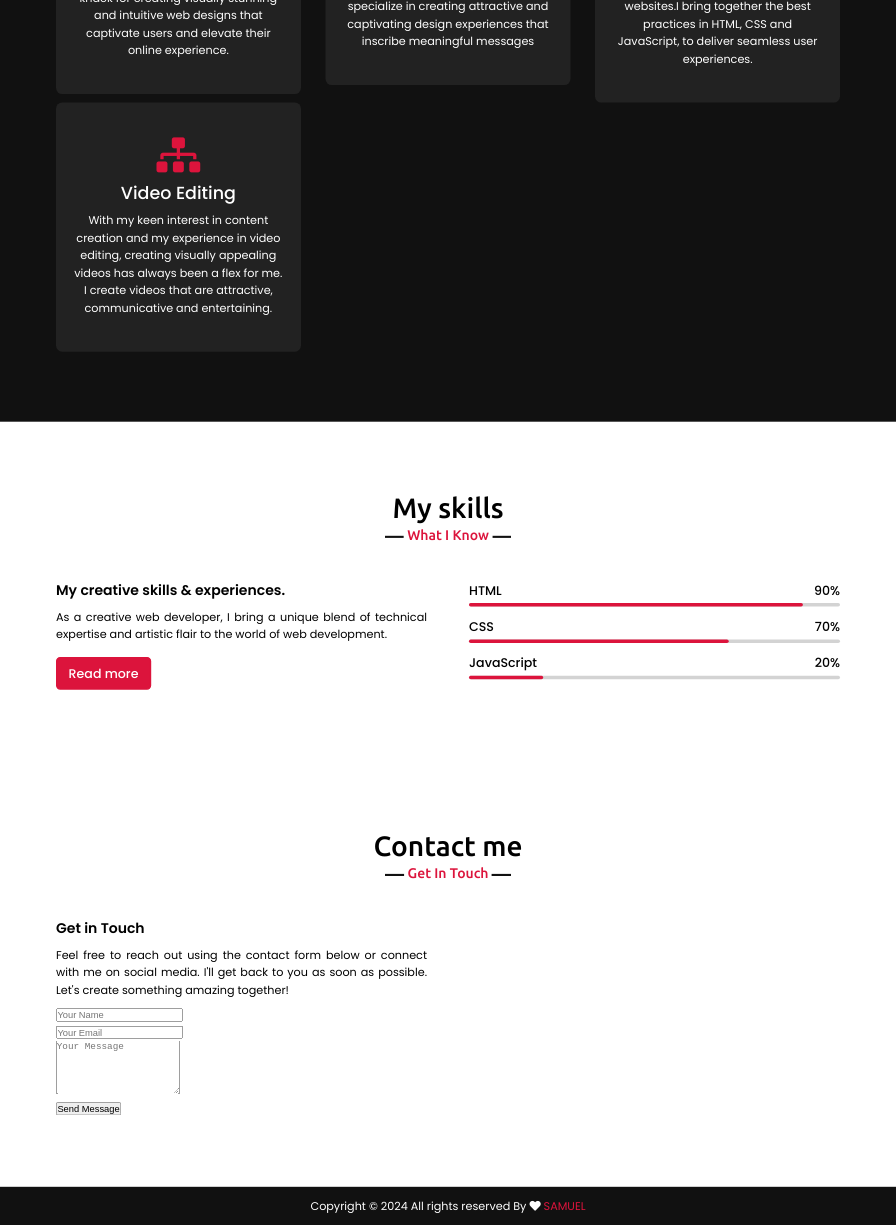
Repository: thedigitalwhizzy/JHF
Page: index.html
The author's editor kept a copy of each file at every save. The page is drawn from the files as they stood at one save, then again after a run of saves.
The browser window is 1280 px wide. The pictures show the part of the page from y = 1938 to 3858 px (the page is 3689 px tall before and 3858 px after), at 70% of full size.
Backgrounds fixed to the window are drawn as part of the page.

Above is the page before, as saved 2024-06-22 15:16:07.

### index.html
<!DOCTYPE html>
<html lang="en">

<head>
  <meta charset="UTF-8">
  <title>Samuel | Portfolio</title>
  <link rel="stylesheet" href="style.css">
  <link rel="stylesheet" href="https://cdnjs.cloudflare.com/ajax/libs/font-awesome/5.15.3/css/all.min.css" />
  <script src="https://code.jquery.com/jquery-3.5.1.min.js"></script>
  <script src="https://cdnjs.cloudflare.com/ajax/libs/typed.js/2.0.11/typed.min.js"></script>
  <script src="https://cdnjs.cloudflare.com/ajax/libs/waypoints/4.0.1/jquery.waypoints.min.js"></script>
  <script src="https://cdnjs.cloudflare.com/ajax/libs/OwlCarousel2/2.3.4/owl.carousel.min.js"></script>
  <link rel="stylesheet" href="https://cdnjs.cloudflare.com/ajax/libs/OwlCarousel2/2.3.4/assets/owl.carousel.min.css" />
  <meta name="title" content="Samuel - Web Developer, Graphics designer, Freelancer, Content creator, Video editor, Photo editor" />
  <meta name="description" content="Samuel - Web Developer, Graphics designer, Freelancer, Content creator, Video editor, Photo editor" />
  <meta name="charset" content="UTF-8" />
  <meta name="viewport" content="width=device-width, initial-scale=1, minimum-scale=1, maximum-scale=1" />
  <meta name="robots" content="index, follow" />
  <meta name="googlebot" content="index, follow" />
  <meta name="revisit-after" content="1 days" />
  <meta http-equiv="X-UA-Compatible" content="IE=edge,chrome=1" />
  <meta http-equiv="Content-Language" content="en" />
  <meta property="og:title" content="Samuel - Web Developer, Graphics designer, Freelancer, Content creator, Video editor, Photo editor">
  <meta property="og:description" content="Samuel - Web Developer, Graphics designer, Freelancer, Content creator, Video editor, Photo editor">
  <meta property="og:locale" content="en_US">
  <meta property="og:type" content="website">
  <meta property="og:site_name" content="Samuel">
  <meta property="og:url" content="">
  <meta itemprop="image" content="rajuan.png">
  <meta property="og:image" content="rajuan.png">
  <meta property="og:image:secure_url" content="rajuan.png">
  <meta property="og:image:width" content="650">
  <meta property="og:image:height" content="350">
  <meta property="twitter:title" content="Samuel - Web Developer, Graphics designer, Freelancer, Content creator, Video editor, Photo editor">
  <meta property="twitter:description" content="Samuel - Web Developer, Graphics designer, Freelancer, Content creator, Video editor, Photo editor">
  <meta property="twitter:url" content="">
  <meta property="twitter:card" content="summary">
  <meta name="apple-mobile-web-app-status-bar" content="#202125">
  <link rel="canonical" href="">
  <link rel="alternate" hreflang="en" href="">
  <link rel="icon" href="icon.png" type="image/x-icon">
  <link rel="dns-prefetch" href="https://cdnjs.cloudflare.com/">
  <meta name="apple-mobile-web-app-status-bar" content="#202125">
</head>

<body>
  <div class="scroll-up-btn">
    <i class="fas fa-angle-up"></i>
  </div>
  <nav class="navbar">
    <div class="max-width">
      <div class="logo"><a href="https://instagram.com/izzy.blaize?igshid=OGY3MTU3OGY1Mw==">Sam<span>uel.</span></a></div>
        <div class="menu-btn">
        <i class="fas fa-bars"></i>
      </div>
    </div>
  </nav>

<body>


  <section class="home" id="home">
    <div class="max-width">
      <div class="home-content">
        <div class="text-1">Hello, My name is</div>
        <div class="text-2">Samuel</div>
        <div class="text-3">And I'm a web designer <span class="typing"></span></div>
        <a href="https://wa.link/4fl7y6">Hire me</a>
      </div>
    </div>
  </section>
  <section class="about" id="about">
    <div class="max-width">
      <h2 class="title">About me</h2>
      <div class="about-content">
        <div class="column left">
          <img src="rajuan.png">
        </div>
        <div class="column right">
          <div class="text">I'm Samuel and I'm a<span class="typing-2"></span></div>
          <p>Passionate programmer and web developer with expertise in front-end development. With a strong eye for design and a commitment to creating seamless user experiences, I specialize in crafting visually appealing appealing websites. Let's bring your ideas to life together!</p>
          <a href="read-more.html">Read More</a>
        </div>
      </div>
    </div>
  </section>
  <section class="services" id="services">
    <div class="max-width">
      <h2 class="title">My services</h2>
      <div class="serv-content">
        <div class="card">
          <div class="box">
            <i class="fas fa-paint-brush"></i>
            <div class="text">Web Design</div>
            <p>With a keen eye for aesthetics and a deep understanding of user-centered design principles, I have a knack for creating visually stunning and intuitive web designs that captivate users and elevate their online experience.</p>
          </div>
        </div>
        <div class="card">
          <div class="box">
            <i class="fas fa-gamepad"></i>
            <div class="text">Graphics Design</div>
            <p>Drawing from my passion for graphics and extensive knowledge of graphics design principles, I specialize in creating attractive and captivating design experiences that inscribe meaningful messages</p>
          </div>
        </div>
        <div class="card">
          <div class="box">
            <i class="fas fa-code"></i>
            <div class="text">Web Development</div>
            <p>With a solid foundation in web development technologies and a knack for problem-solving, I excel in crafting responsive and feature-rich websites.I bring together the best practices in HTML, CSS and JavaScript, to deliver seamless user experiences.</p>
          </div>
        </div>
        <div class="card">
          <div class="box">
            <i class="fas fa-sitemap"></i>
            <div class="text">Video Editing</div>
            <p>With my keen interest in content creation and my experience in video editing, creating visually appealing videos has always been a flex for me. I create videos that are attractive, communicative and entertaining.</p>
          </div>
        </div>
      </div>
    </div>
    </div>
  </section>
  <!-- skills section start -->
  <section class="skills" id="skills">
    <div class="max-width">
      <h2 class="title">My skills</h2>
      <div class="skills-content">
        <div class="column left">
          <div class="text">My creative skills & experiences.</div>
          <p>As a creative web developer, I bring a unique blend of technical expertise and artistic flair to the world of web development.</p>
          <a href="skills.html">Read more</a>
        </div>
        <div class="column right">
          <div class="bars">
            <div class="info">
              <span>HTML</span>
              <span>90%</span>
            </div>
            <div class="line html"></div>
          </div>
          <div class="bars">
            <div class="info">
              <span>CSS</span>
              <span>70%</span>
            </div>
            <div class="line css"></div>
          </div>
          <div class="bars">
            <div class="info">
              <span>JavaScript</span>
              <span>20%</span>
            </div>
            <div class="line js"></div>
          </div>
        </div>
      </div>
    </div>
  </section>
  <!-- contactform -->
  <section class="contact" id="contact">
    <div class="max-width">
      <h2 class="title">Contact me</h2>
      <div class="contact-content">
        <div class="column left">
          <div class="text">Get in Touch</div>
          <p>Feel free to reach out using the contact form below or connect with me on social media. I'll get back to you as soon as possible. Let's create something amazing together!</p>
          <div class="icons">
            </div>

          <form action="submit-form.php" method="post" class="contact-form">
            <div class="form-field">
              <input type="text" name="name" id="name" placeholder="Your Name" required>
            </div>
            <div class="form-field">
              <input type="email" name="email" id="email" placeholder="Your Email" required>
            </div>
            <div class="form-field">
              <textarea name="message" id="message" placeholder="Your Message" rows="5" required></textarea>
            </div>
            <div class="form-field">
              <button type="submit">Send Message</button>
            </div>
          </form>
        </div>

        <div class="column right">
          </div>
      </div>
    </div>
  </section>

  <footer>
    <span>Copyright © <script>
        document.write(new Date().getFullYear());
      </script> All rights reserved By <i class="fa fa-heart"></i> <a href="https://www.facebook.com/profile.php?id=61552224441534&mibextid=9idTr45qYp7jtedz">SAMUEL</a></p>
  </footer>
  <script src="script.js"></script>
  <script
  type="text/javascript"
  src="https://cdn.jsdelivr.net/npm/@emailjs/browser@4/dist/email.min.js">
</script>

</body>

</html>

### style.css
@import url('https://fonts.googleapis.com/css2?family=Poppins:wght@400;500;600;700&family=Ubuntu:wght@400;500;700&display=swap');

* {
  margin: 0;
  padding: 0;
  box-sizing: border-box;
  text-decoration: none;
}

.card {
  color: #fff;
}

html {
  scroll-behavior: smooth;
}

/* custom scroll bar */
::-webkit-scrollbar {
  width: 10px;
}

::-webkit-scrollbar-track {
  background: #f1f1f1;
}

::-webkit-scrollbar-thumb {
  background: #888;
}

::-webkit-scrollbar-thumb:hover {
  background: #555;
}

/* all similar content styling codes */
section {
  padding: 100px 0;
}

.max-width {
  max-width: 1300px;
  padding: 0 80px;
  margin: auto;
}

.about,
.services,
.skills,
.teams,
.contact,
footer {
  font-family: 'Poppins', sans-serif;
}

.about .about-content,
.services .serv-content,
.skills .skills-content,
.contact .contact-content {
  display: flex;
  flex-wrap: wrap;
  align-items: center;
  justify-content: space-between;
}

section .title {
  position: relative;
  text-align: center;
  font-size: 40px;
  font-weight: 500;
  margin-bottom: 60px;
  padding-bottom: 20px;
  font-family: 'Ubuntu', sans-serif;
}

section .title::before {
  content: "";
  position: absolute;
  bottom: 0px;
  left: 50%;
  width: 180px;
  height: 3px;
  background: #111;
  transform: translateX(-50%);
}

section .title::after {
  position: absolute;
  bottom: -8px;
  left: 50%;
  font-size: 20px;
  color: crimson;
  padding: 0 5px;
  background: #fff;
  transform: translateX(-50%);
}

/* navbar styling */
.navbar {
  position: fixed;
  width: 100%;
  z-index: 999;
  padding: 30px 0;
  font-family: 'Ubuntu', sans-serif;
  transition: all 0.3s ease;
}

.navbar.sticky {
  padding: 15px 0;
  background: crimson;
}

.navbar .max-width {
  display: flex;
  align-items: center;
  justify-content: space-between;
}

.navbar .logo a {
  color: #fff;
  font-size: 35px;
  font-weight: 600;
}

.navbar .logo a span {
  color: crimson;
  transition: all 0.3s ease;
}

.navbar.sticky .logo a span {
  color: #fff;
}

.navbar .menu li {
  list-style: none;
  display: inline-block;
}

.navbar .menu li a {
  display: block;
  color: #fff;
  font-size: 18px;
  font-weight: 500;
  margin-left: 25px;
  transition: color 0.3s ease;
}

.navbar .menu li a:hover {
  color: crimson;
}

.navbar.sticky .menu li a:hover {
  color: #fff;
}

/* menu btn styling */
.menu-btn {
  color: #fff;
  font-size: 23px;
  cursor: pointer;
  display: none;
}

.scroll-up-btn {
  position: fixed;
  height: 45px;
  width: 42px;
  background: crimson;
  right: 30px;
  bottom: 10px;
  text-align: center;
  line-height: 45px;
  color: #fff;
  z-index: 9999;
  font-size: 30px;
  border-radius: 6px;
  border-bottom-width: 2px;
  cursor: pointer;
  opacity: 0;
  pointer-events: none;
  transition: all 0.3s ease;
}

.scroll-up-btn.show {
  bottom: 30px;
  opacity: 1;
  pointer-events: auto;
}

.scroll-up-btn:hover {
  filter: brightness(100%);
}


/* home section styling */
.home {
  display: flex;
  background: url("banner.jpg") no-repeat center;
  height: 100vh;
  color: #fff;
  min-height: 500px;
  background-size: cover;
  background-attachment: fixed;
  font-family: 'Ubuntu', sans-serif;
}

.home .max-width {
  width: 100%;
  display: flex;
}

.home .max-width .row {
  margin-right: 0;
}

.home .home-content .text-1 {
  font-size: 27px;
}

.home .home-content .text-2 {
  font-size: 75px;
  font-weight: 600;
  margin-left: -3px;
}

.home .home-content .text-3 {
  font-size: 40px;
  margin: 5px 0;
}

.home .home-content .text-3 span {
  color: crimson;
  font-weight: 500;
}

.home .home-content a {
  display: inline-block;
  background: crimson;
  color: #fff;
  font-size: 25px;
  padding: 12px 36px;
  margin-top: 20px;
  font-weight: 400;
  border-radius: 6px;
  border: 2px solid crimson;
  transition: all 0.3s ease;
}

.home .home-content a:hover {
  color: crimson;
  background: none;
}

/* about section styling */
.about .title::after {
  content: "Who Am I";
}

.about .about-content .left {
  width: 45%;
}

.about .about-content .left img {
  height: 400px;
  width: 400px;
  object-fit: cover;
  border-radius: 6px;
}

.about .about-content .right {
  width: 55%;
}

.about .about-content .right .text {
  font-size: 25px;
  font-weight: 600;
  margin-bottom: 10px;
}

.about .about-content .right .text span {
  color: crimson;
}

.about .about-content .right p {
  text-align: justify;
}

.about .about-content .right a {
  display: inline-block;
  background: crimson;
  color: #fff;
  font-size: 20px;
  font-weight: 500;
  padding: 10px 30px;
  margin-top: 20px;
  border-radius: 6px;
  border: 2px solid crimson;
  transition: all 0.3s ease;
}

.about .about-content .right a:hover {
  color: crimson;
  background: none;
}

/* services section styling */
.services,
.teams {
  color: #fff;
  background: #111;
}

.services .title::before,
.teams .title::before {
  background: #fff;
}

.services .title::after,
.teams .title::after {
  background: #111;
  content: "What I Provide";
}

.services .serv-content .card {
  width: calc(33% - 20px);
  background: #222;
  text-align: center;
  border-radius: 9px;
  padding: 50px 25px;
  cursor: pointer;
  transition: all 0.3s ease;
}

.services .serv-content .card:hover {
  background: crimson;
}

.services .serv-content .card .box {
  transition: all 0.3s ease;
}

.services .serv-content .card:hover .box {
  transform: scale(1.05);
}

.services .serv-content .card i {
  font-size: 50px;
  color: crimson;
  transition: color 0.3s ease;
}

.services .serv-content .card:hover i {
  color: #fff;
}

.services .serv-content .card .text {
  font-size: 25px;
  font-weight: 500;
  margin: 10px 0 7px 0;
}

/* skills section styling */

.skills .title::after {
  content: "What I Know";
}

.skills .skills-content .column {
  width: calc(50% - 30px);
}

.skills .skills-content .left .text {
  font-size: 20px;
  font-weight: 600;
  margin-bottom: 10px;
}

.skills .skills-content .left p {
  text-align: justify;
}

.skills .skills-content .left a {
  display: inline-block;
  background: crimson;
  color: #fff;
  font-size: 18px;
  font-weight: 500;
  padding: 8px 16px;
  margin-top: 20px;
  border-radius: 6px;
  border: 2px solid crimson;
  transition: all 0.3s ease;
}

.skills .skills-content .left a:hover {
  color: crimson;
  background: none;
}

.skills .skills-content .right .bars {
  margin-bottom: 15px;
}

.skills .skills-content .right .info {
  display: flex;
  margin-bottom: 5px;
  align-items: center;
  justify-content: space-between;
}

.skills .skills-content .right span {
  font-weight: 500;
  font-size: 18px;
}

.skills .skills-content .right .line {
  height: 5px;
  width: 100%;
  background: lightgrey;
  position: relative;
  border-radius: 20px;
}

.skills .skills-content .right .line::before {
  content: "";
  position: absolute;
  height: 100%;
  left: 0;
  top: 0;
  background: crimson;
}

.skills-content .right .html::before {
  width: 90%;
  border-radius: 20px;
}

.skills-content .right .css::before {
  width: 70%;
  border-radius: 20px;
}

.skills-content .right .js::before {
  width: 20%;
  border-radius: 20px;
}

.skills-content .right .php::before {
  width: 50%;
  border-radius: 20px;
}

.skills-content .right .mysql::before {
  width: 70%;
  border-radius: 20px;
}

.skills-content .right .python::before {
  width: 40%;
  border-radius: 20px;
}

.skills-content .right .java::before {
  width: 55%;
  border-radius: 20px;
}

/* teams section styling */
.teams .title::after {
  content: "Who With Me";
}

.teams .carousel .card {
  background: #222;
  border-radius: 6px;
  padding: 25px 35px;
  text-align: center;
  overflow: hidden;
  transition: all 0.3s ease;
}

.teams .carousel .card:hover {
  background: crimson;
}

.teams .carousel .card .box {
  display: flex;
  flex-direction: column;
  align-items: center;
  justify-content: center;
  transition: all 0.3s ease;
}

.teams .carousel .card:hover .box {
  transform: scale(1.05);
}

.teams .carousel .card .text {
  font-size: 25px;
  font-weight: 500;
  margin: 10px 0 7px 0;
}

.teams .carousel .card img {
  height: 150px;
  width: 150px;
  object-fit: cover;
  border-radius: 50%;
  border: 5px solid crimson;
  transition: all 0.3s ease;
}

.teams .carousel .card:hover img {
  border-color: #fff;
}

.owl-dots {
  text-align: center;
  margin-top: 20px;
}

.owl-dot {
  height: 13px;
  width: 13px;
  margin: 0 5px;
  outline: none !important;
  border-radius: 50%;
  border: 2px solid crimson !important;
  transition: all 0.3s ease;
}

.owl-dot.active {
  width: 35px;
  border-radius: 14px;
}

.owl-dot.active,
.owl-dot:hover {
  background: crimson !important;
}

/* contact section styling */
.contact .title::after {
  content: "Get In Touch";
}

.contact .contact-content .column {
  width: calc(50% - 30px);
}

.contact .contact-content .text {
  font-size: 20px;
  font-weight: 600;
  margin-bottom: 10px;
}

.contact .contact-content .left p {
  text-align: justify;
}

.contact .contact-content .left .icons {
  margin: 10px 0;
}

.contact .contact-content .row {
  display: flex;
  height: 65px;
  align-items: center;
}

.contact .contact-content .row .info {
  margin-left: 30px;
}

.contact .contact-content .row i {
  font-size: 25px;
  color: crimson;
}

.contact .contact-content .info .head {
  font-weight: 500;
}

.contact .contact-content .info .sub-title {
  color: #333;
}

.contact .right form .fields {
  display: flex;
}

.contact .right form .field,
.contact .right form .fields .field {
  height: 45px;
  width: 100%;
  margin-bottom: 15px;
}

.contact .right form .textarea {
  height: 80px;
  width: 100%;
}

.contact .right form .name {
  margin-right: 10px;
}

.contact .right form .field input,
.contact .right form .textarea textarea {
  height: 100%;
  width: 100%;
  border: 1px solid lightgrey;
  border-radius: 6px;
  outline: none;
  padding: 0 15px;
  font-size: 17px;
  font-family: 'Poppins', sans-serif;
  transition: all 0.3s ease;
}

.contact .right form .field input:focus,
.contact .right form .textarea textarea:focus {
  border-color: #b3b3b3;
}

.contact .right form .textarea textarea {
  padding-top: 10px;
  resize: none;
}

.contact .right form .button-area {
  display: flex;
  align-items: center;
}

.right form .button-area button {
  color: #fff;
  display: block;
  width: 160px !important;
  height: 45px;
  outline: none;
  font-size: 18px;
  font-weight: 500;
  border-radius: 6px;
  cursor: pointer;
  flex-wrap: nowrap;
  background: crimson;
  border: 2px solid crimson;
  transition: all 0.3s ease;
}

.right form .button-area button:hover {
  color: crimson;
  background: none;
}

/* footer section styling */
footer {
  background: #111;
  padding: 15px 23px;
  color: #fff;
  text-align: center;
}

footer span a {
  color: crimson;
  text-decoration: none;
}

footer span a:hover {
  text-decoration: underline;
}


/* responsive media query start */
@media (max-width: 1104px) {
  .about .about-content .left img {
    height: 350px;
    width: 350px;
  }
}

@media (max-width: 991px) {
  .max-width {
    padding: 0 50px;
  }
}

@media (max-width: 947px) {
  .menu-btn {
    display: block;
    z-index: 999;
  }

  .menu-btn i.active:before {
    content: "\f00d";
  }

  .navbar .menu {
    position: fixed;
    height: 100vh;
    width: 100%;
    left: -100%;
    top: 0;
    background: #111;
    text-align: center;
    padding-top: 80px;
    transition: all 0.3s ease;
  }

  .navbar .menu.active {
    left: 0;
  }

  .navbar .menu li {
    display: block;
  }

  .navbar .menu li a {
    display: inline-block;
    margin: 20px 0;
    font-size: 25px;
  }

  .home .home-content .text-2 {
    font-size: 70px;
  }

  .home .home-content .text-3 {
    font-size: 35px;
  }

  .home .home-content a {
    font-size: 23px;
    padding: 10px 30px;
  }

  .max-width {
    max-width: 930px;
  }

  .about .about-content .column {
    width: 100%;
  }

  .about .about-content .left {
    display: flex;
    justify-content: center;
    margin: 0 auto 60px;
  }

  .about .about-content .right {
    flex: 100%;
  }

  .services .serv-content .card {
    width: calc(50% - 10px);
    margin-bottom: 20px;
  }

  .skills .skills-content .column,
  .contact .contact-content .column {
    width: 100%;
    margin-bottom: 35px;
  }
}

@media (max-width: 690px) {
  .max-width {
    padding: 0 23px;
  }

  .home .home-content .text-2 {
    font-size: 60px;
  }

  .home .home-content .text-3 {
    font-size: 32px;
  }

  .home .home-content a {
    font-size: 20px;
  }

  .services .serv-content .card {
    width: 100%;
  }
}

.head {
  padding: 8px 0;
  font-weight: bold;
  letter-spacing: 1px;
}

.rm-ol li {
  padding: 5px 0;
}


@media (max-width: 500px) {
  .home .home-content .text-2 {
    font-size: 50px;
  }

  .home .home-content .text-3 {
    font-size: 27px;
  }

  .about .about-content .right .text,
  .skills .skills-content .left .text {
    font-size: 19px;
  }

  .contact .right form .fields {
    flex-direction: column;
  }

  .contact .right form .name,
  .contact .right form .email {
    margin: 0;
  }

  .right form .error-box {
    width: 150px;
  }

  .scroll-up-btn {
    right: 15px;
    bottom: 15px;
    height: 38px;
    width: 35px;
    font-size: 23px;
    line-height: 38px;
  }
}


/* julius modifications */

Loaded but not shown: script.js (73 lines, source omitted)

After the next 3 saves:
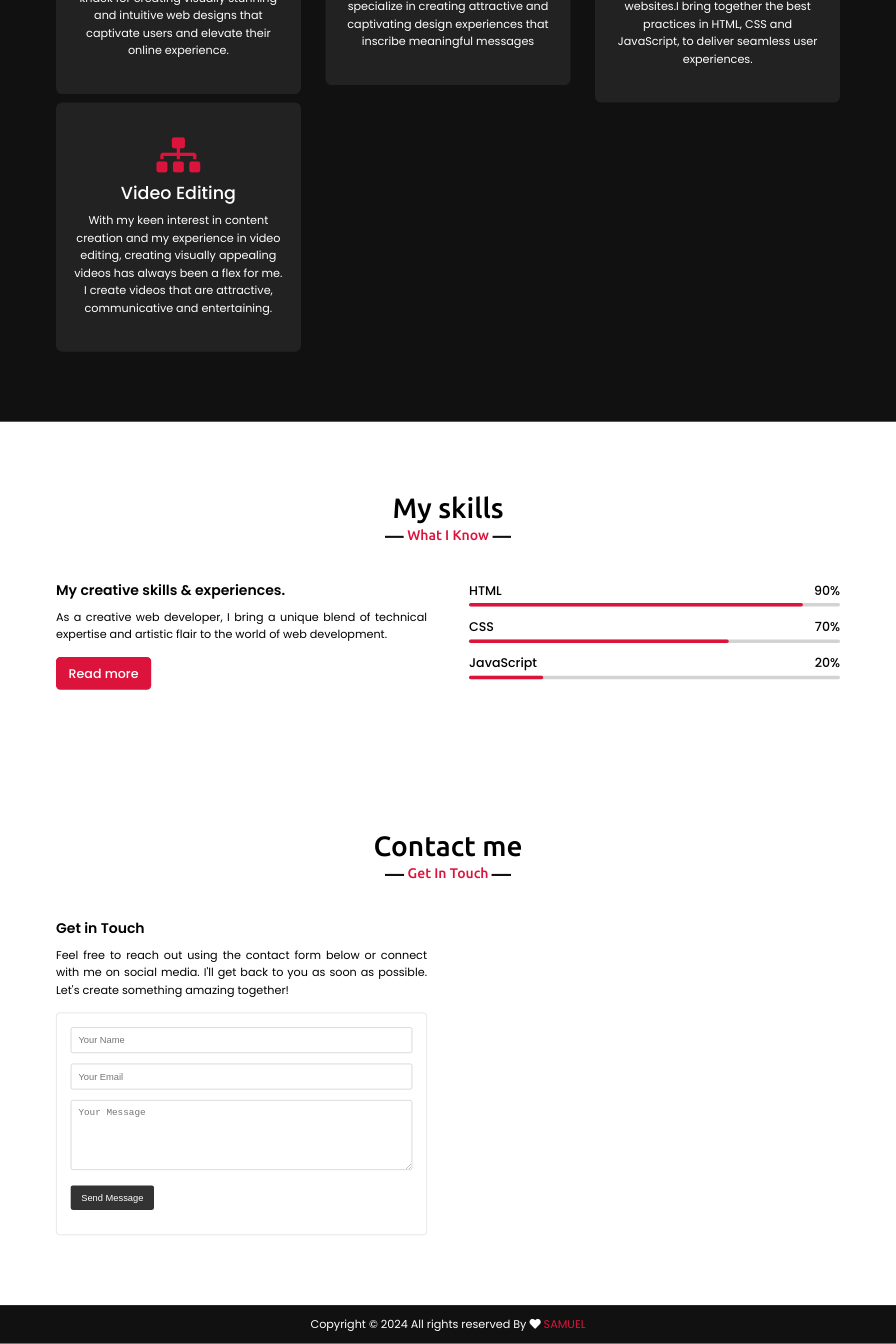
The 3 saves are shown as one change because they came seconds apart.
The last was saved 11 s later.
--- a/style.css
+++ b/style.css
@@ -835,4 +835,39 @@ footer span a:hover {
 }
 
 
-/* julius modifications */
+/* julius modifications start here */
+.contact-form {
+  margin-top: 20px;
+  padding: 20px;
+  border: 1px solid #ddd;
+  border-radius: 5px;
+}
+
+.form-field {
+  margin-bottom: 15px;
+}
+
+.form-field input,
+.form-field textarea {
+  width: 100%;
+  padding: 10px;
+  border: 1px solid #ccc;
+  border-radius: 3px;
+}
+
+.form-field textarea {
+  height: 100px;
+}
+
+.form-field button {
+  background-color: #333;
+  color: #fff;
+  padding: 10px 15px;
+  border: none;
+  border-radius: 3px;
+  cursor: pointer;
+}
+
+.form-field button:hover {
+  background-color: #222;
+}
